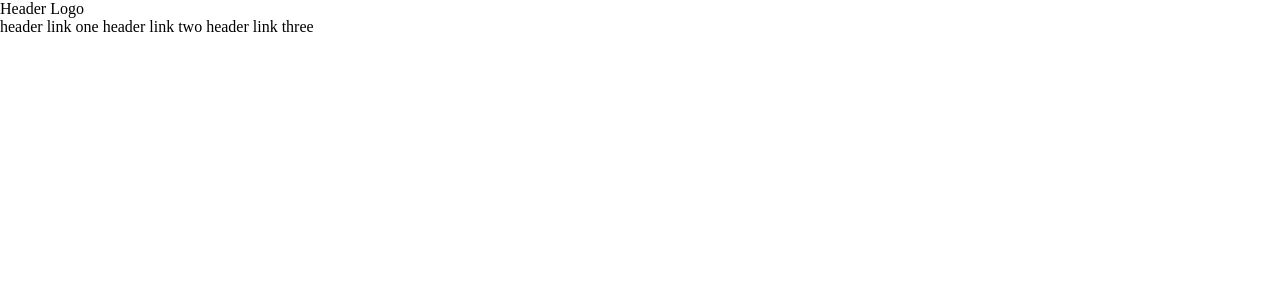
Repository: Grace561/css-exercises
Page: index.html
The author's editor kept a copy of each file at every save. The page is drawn from the files as they stood at one save, then again after the next save.
The browser window is 1280 px wide. The pictures show the whole page.

Above is the page before, as saved 2025-04-14 13:32:19.

### index.html
<!DOCTYPE html>
<html lang="en">
<head>
    <meta charset="UTF-8">
    <meta name="viewport" content="width=device-width, initial-scale=1.0">
    <link rel="stylesheet" href="style.css">
    <title>Landing-Page</title>
</head>
<body>
    <div class="header">
        <div class="left">
        <div class="logo">
          Header Logo
        </div>
    <div class="links">
        <div class="right" >
        <div class="header" >
            header link one
            header link two
            header link three
    </div>
</body>
</html>

### style.css
*{
    box-sizing: border-box;
    margin: 0;
    padding: 0;
}
body{
    font-family:h;
}

After the next save:
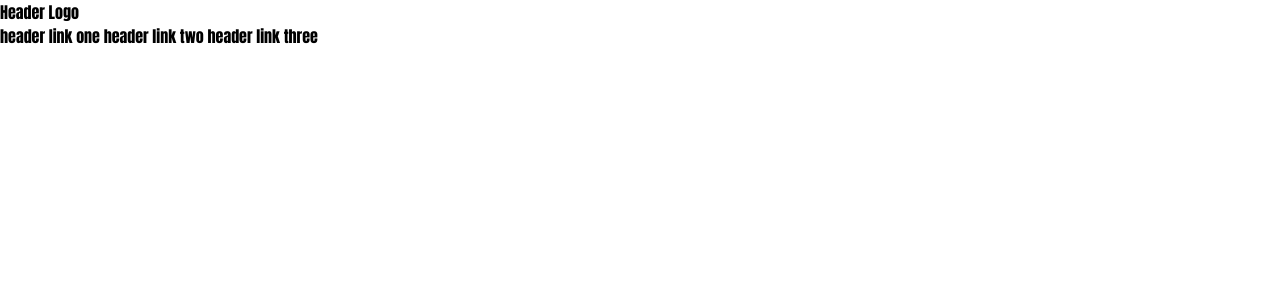
Saved 8 s later.
--- a/style.css
+++ b/style.css
@@ -4,5 +4,5 @@
     padding: 0;
 }
 body{
-    font-family:h;
+    font-family:Impact, Haettenschweiler, 'Arial Narrow Bold', sans-serif;
 }

After the save that followed:
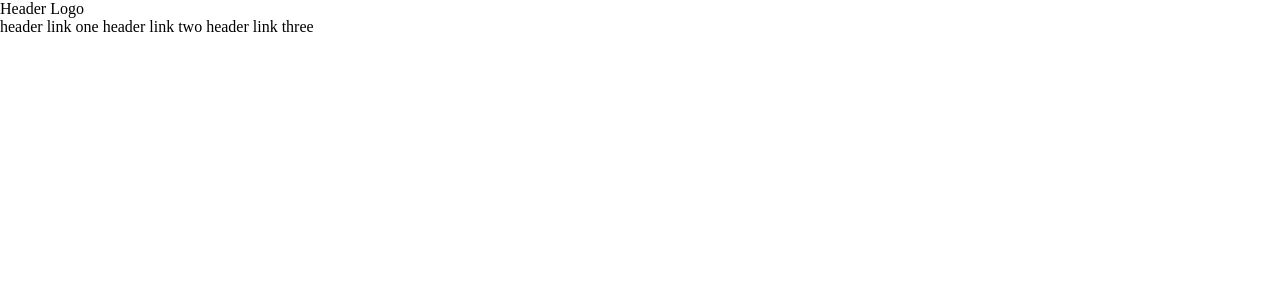
Saved 10 s later.
--- a/style.css
+++ b/style.css
@@ -4,5 +4,5 @@
     padding: 0;
 }
 body{
-    font-family:Impact, Haettenschweiler, 'Arial Narrow Bold', sans-serif;
+    font-family:;
 }
